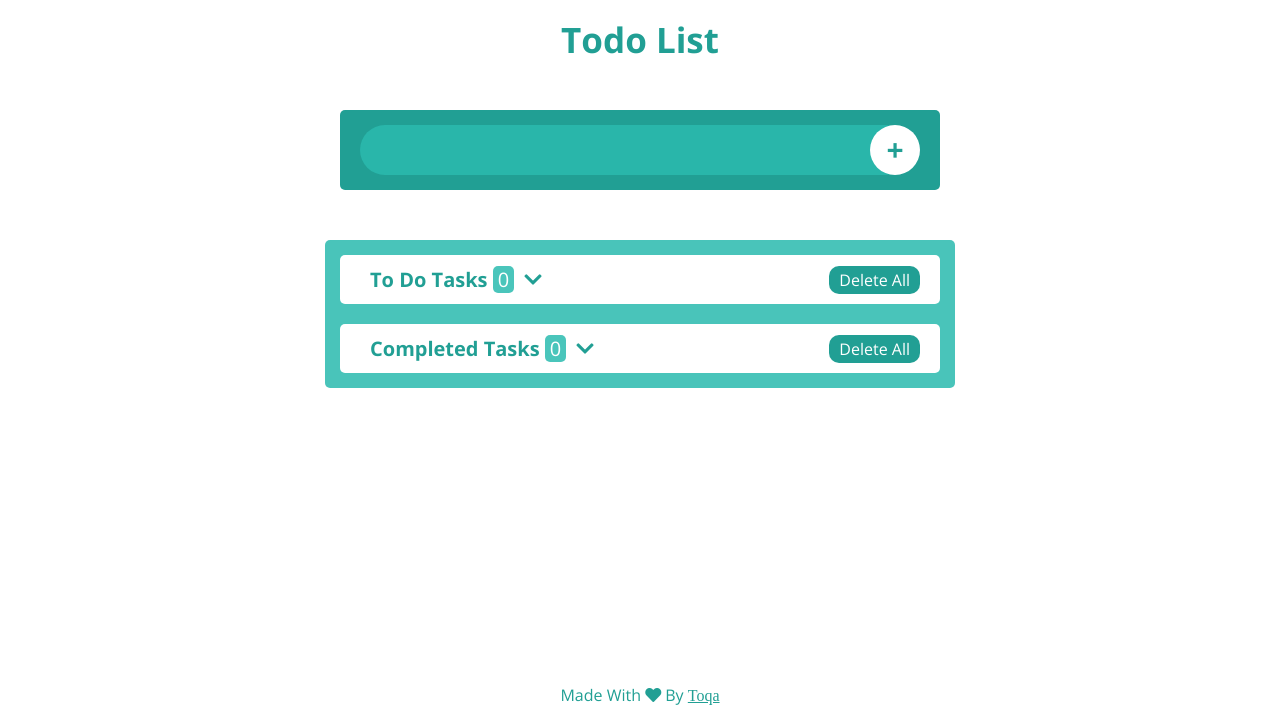
Repository: Toqa-25/todo-list
Page: index.html
An editor plug-in stored every save of this project. The page is shown before and after a run of saves, followed by the edit.
The browser window is 1280 px wide. The pictures show the whole page.
Some web fonts or font styles are not loaded; a fallback is used.

Above is the page before, as saved 2022-02-07 16:39:03.

After the next 2 saves:
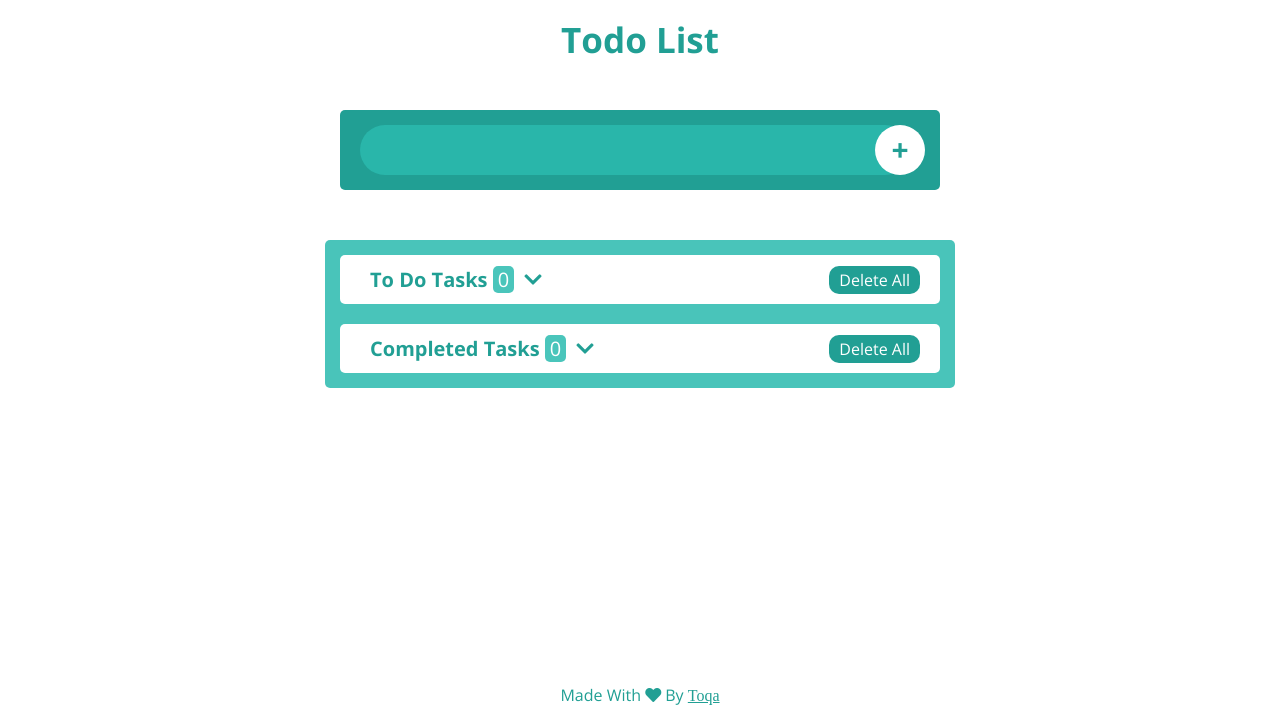
The 2 saves are shown as one change because they came seconds apart.
The last was saved 16 s later.
--- a/css/style.css
+++ b/css/style.css
@@ -91,7 +91,7 @@ section{
     justify-content: center;
     align-items: center;
     position: absolute;
-    right: 20px;
+    right: 15px;
     top: 50%;
     transform: translateY(-50%);
     color: var(--main-color);
